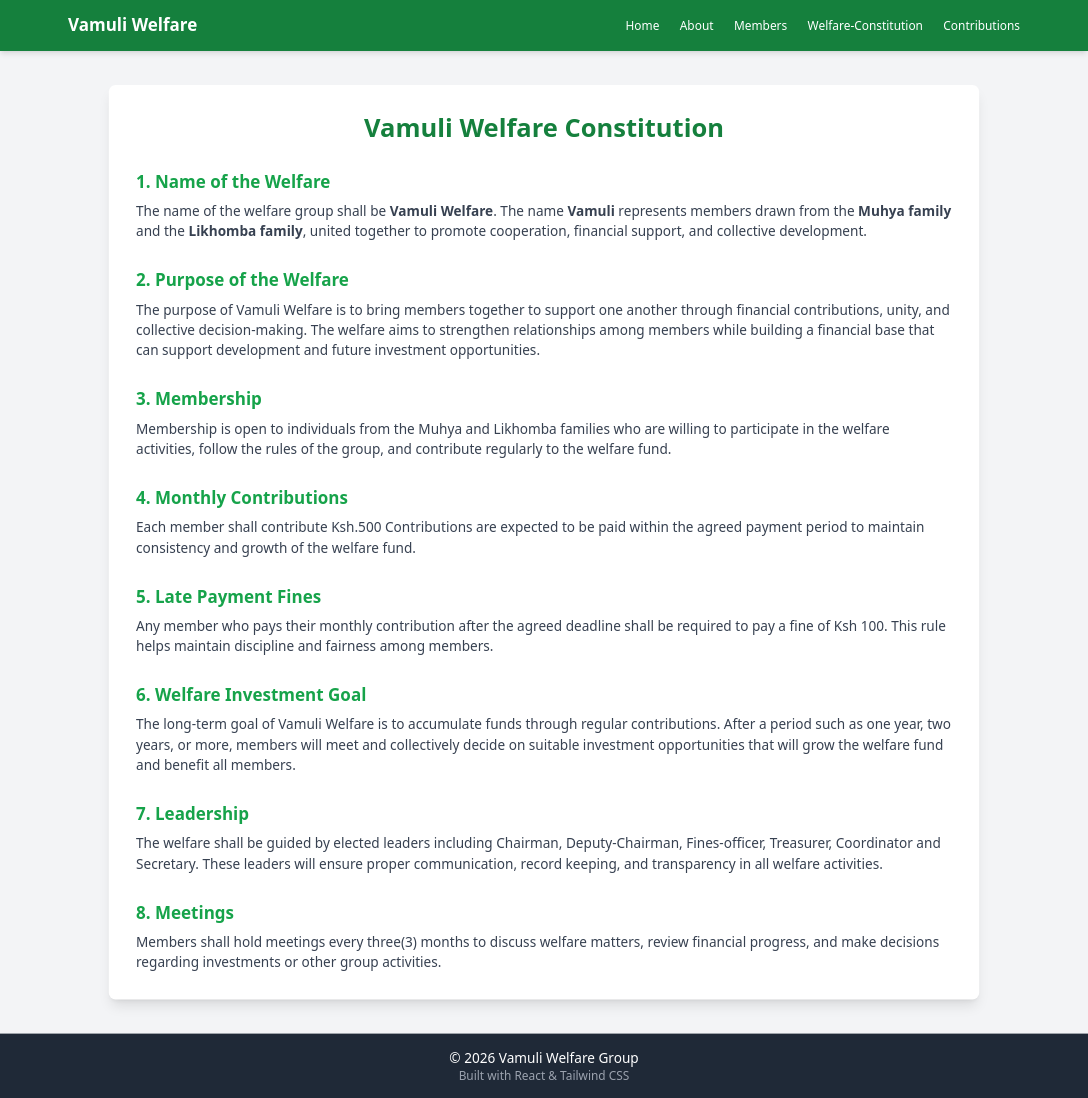
Repository: Engineer-collo/Vamuli-welfare
Page: /constitution
The author's editor kept a copy of each file at every save. The page is drawn from the files as they stood at one save, then again after the next save.
The browser window is 1280 px wide. The pictures show the whole page, at 85% of full size.
The project was rebuilt for these pictures with package versions that can differ from the ones it lists, and the page was loaded fresh each time. Also part of the build but not shown: vite.config.js, src/pages/contributionsData.js, src/pages/Home.jsx, src/pages/Members.jsx, src/pages/ContributionsTable.jsx, src/pages/About.jsx.

Above is the page before, as saved 2026-03-16 15:23:25.

### index.html
<!doctype html>
<html lang="en">
  <head>
    <meta charset="UTF-8" />
    <link rel="icon" type="image/svg+xml" href="/favicon.svg" />
    <meta name="viewport" content="width=device-width, initial-scale=1.0" />
    <title>vamuli-welfare</title>
  </head>
  <body>
    <div id="root"></div>
    <script type="module" src="/src/main.jsx"></script>
  </body>
</html>

### src/App.jsx
import { BrowserRouter as Router, Routes, Route } from "react-router-dom";

import Navbar from "./components/Navbar";
import Footer from "./components/Footer";

import Home from "./pages/Home";
import Members from "./pages/Members";
import ContributionsTable from "./pages/ContributionsTable";
import WelfareConstituion from "./pages/WelfareConstituion";
import About from "./pages/About";

function App() {
  return (
    <Router>
      <div className="bg-gray-100 min-h-screen">

        <Navbar />

        <Routes>
          <Route path="/" element={<Home />} />
          <Route path="/members" element={<Members />} />
          <Route path="/contributions" element={<ContributionsTable />} />
          <Route path="/about" element={<About />} />
          <Route path="/constitution" element={<WelfareConstituion/>} />

        </Routes>

        <Footer />

      </div>
    </Router>
  );
}

export default App;

### src/components/Navbar.jsx
import { Link } from "react-router-dom";

function Navbar() {
  return (
    <nav className="bg-green-700 text-white shadow-md">
      <div className="max-w-6xl mx-auto flex justify-between items-center p-4">

        <h1 className="text-xl font-bold">
          <Link to="/">Vamuli Welfare</Link>
        </h1>

        <ul className="flex gap-6 text-sm">
          <li>
            <Link to="/" className="hover:text-gray-200">Home</Link>
          </li>

          <li>
            <Link to="/about" className="hover:text-gray-200">About</Link>
          </li>

          <li>
            <Link to="/members" className="hover:text-gray-200">Members</Link>
          </li>

          <li>
            <Link to="/constitution" className="hover:text-gray-200">Welfare-Constitution</Link>
          </li>


          <li>
            <Link to="/contributions" className="hover:text-gray-200">Contributions</Link>
          </li>



        </ul>

      </div>
    </nav>
  );
}

export default Navbar;

### src/components/Footer.jsx
import React from "react";

function Footer() {
  return (
    <footer className="bg-gray-800 text-white mt-10">
      <div className="max-w-6xl mx-auto text-center p-4">
        <p>© 2026 Vamuli Welfare Group</p>
        <p className="text-sm text-gray-400">
          Built with React & Tailwind CSS
        </p>
      </div>
    </footer>
  );
}

export default Footer;

### src/pages/WelfareConstituion.jsx
import React from "react";

function Constitution() {
  return (
    <div className="max-w-5xl mx-auto mt-10 bg-white shadow-lg rounded-lg p-8">

      <h1 className="text-3xl font-bold text-center text-green-700 mb-8">
        Vamuli Welfare Constitution
      </h1>

      {/* Introduction */}

      <section className="mb-8">
        <h2 className="text-xl font-semibold text-green-600 mb-2">
          1. Name of the Welfare
        </h2>

        <p className="text-gray-700">
          The name of the welfare group shall be <strong>Vamuli Welfare</strong>.
          The name <strong>Vamuli</strong> represents members drawn from the
          <strong> Muhya family </strong> and the <strong>Likhomba family</strong>,
          united together to promote cooperation, financial support, and
          collective development.
        </p>
      </section>

      {/* Purpose */}

      <section className="mb-8">
        <h2 className="text-xl font-semibold text-green-600 mb-2">
          2. Purpose of the Welfare
        </h2>

        <p className="text-gray-700">
          The purpose of Vamuli Welfare is to bring members together to support
          one another through financial contributions, unity, and collective
          decision-making. The welfare aims to strengthen relationships among
          members while building a financial base that can support development
          and future investment opportunities.
        </p>
      </section>

      {/* Membership */}

      <section className="mb-8">
        <h2 className="text-xl font-semibold text-green-600 mb-2">
          3. Membership
        </h2>

        <p className="text-gray-700">
          Membership is open to individuals from the Muhya and Likhomba
          families who are willing to participate in the welfare activities,
          follow the rules of the group, and contribute regularly to the
          welfare fund.
        </p>
      </section>

      {/* Contributions */}

      <section className="mb-8">
        <h2 className="text-xl font-semibold text-green-600 mb-2">
          4. Monthly Contributions
        </h2>

        <p className="text-gray-700">
          Each member shall contribute Ksh.500
          Contributions are expected to be paid within the agreed payment
          period to maintain consistency and growth of the welfare fund.
        </p>
      </section>

      {/* Fines */}

      <section className="mb-8">
        <h2 className="text-xl font-semibold text-green-600 mb-2">
          5. Late Payment Fines
        </h2>

        <p className="text-gray-700">
          Any member who pays their monthly contribution after the agreed
          deadline shall be required to pay a fine of Ksh 100. This rule helps
          maintain discipline and fairness among members.
        </p>
      </section>

      {/* Investment */}

      <section className="mb-8">
        <h2 className="text-xl font-semibold text-green-600 mb-2">
          6. Welfare Investment Goal
        </h2>

        <p className="text-gray-700">
          The long-term goal of Vamuli Welfare is to accumulate funds through
          regular contributions. After a period such as one year, two years, or
          more, members will meet and collectively decide on suitable
          investment opportunities that will grow the welfare fund and benefit
          all members.
        </p>
      </section>

      {/* Leadership */}

      <section className="mb-8">
        <h2 className="text-xl font-semibold text-green-600 mb-2">
          7. Leadership
        </h2>

        <p className="text-gray-700">
          The welfare shall be guided by elected leaders including Chairman, Deputy-Chairman, Fines-officer, Treasurer,
          Coordinator and  Secretary. These leaders will ensure proper
          communication, record keeping, and transparency in all welfare
          activities.
        </p>
      </section>

      {/* Meetings */}

      <section>
        <h2 className="text-xl font-semibold text-green-600 mb-2">
          8. Meetings
        </h2>

        <p className="text-gray-700">
          Members shall hold meetings every three(3) months to discuss welfare
          matters, review financial progress, and make decisions regarding
          investments or other group activities.
        </p>
      </section>

    </div>
  );
}

export default Constitution;

### tailwind.config.js
/** @type {import('tailwindcss').Config} */
module.exports = {
  content: [
    "./index.html",
    "./src/**/*.{js,jsx}"
  ],
  theme: {
    extend: {},
  },
  plugins: [],
};

Loaded but not shown: src/main.jsx (common file); src/index.css (common file)

After the next save:
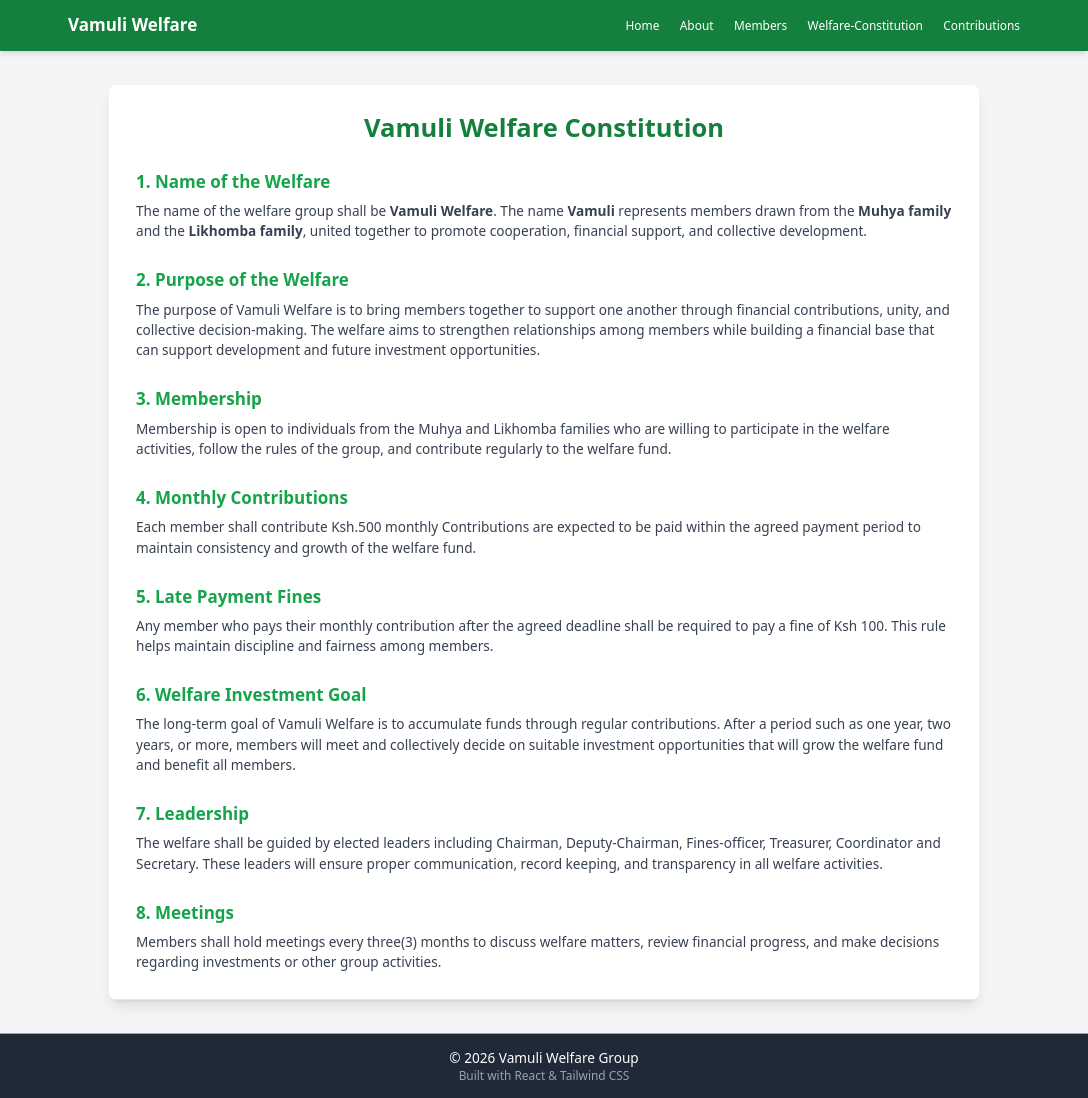
Saved 5 s later.
--- a/src/pages/WelfareConstituion.jsx
+++ b/src/pages/WelfareConstituion.jsx
@@ -63,7 +63,7 @@ function Constitution() {
         </h2>
 
         <p className="text-gray-700">
-          Each member shall contribute Ksh.500
+          Each member shall contribute Ksh.500 monthly
           Contributions are expected to be paid within the agreed payment
           period to maintain consistency and growth of the welfare fund.
         </p>
